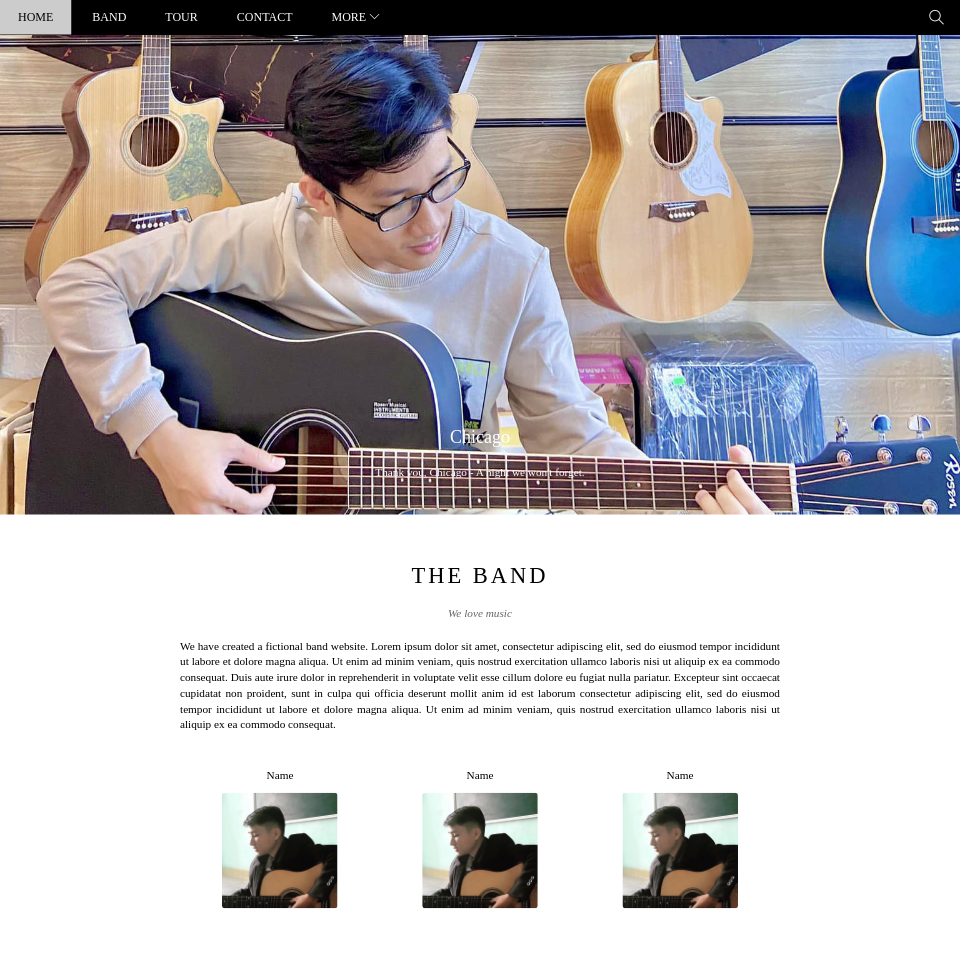
Repository: quochung2k3/Web-Team
Page: index.html
The author's editor kept a copy of each file at every save. The page is drawn from the files as they stood at one save, then again after the next save.
The browser window is 1280 px wide. The pictures show the whole page, at 75% of full size.

Above is the page before, as saved 2023-08-05 09:37:46.

### index.html
<!DOCTYPE html>
<html lang="en">
<head>
    <meta charset="UTF-8">
    <meta name="viewport" content="width=device-width, initial-scale=1.0">
    <title>Web The Band</title>
    <link rel="stylesheet" href="./assets/css/style.css">
    <link rel="stylesheet" href="./assets/fonts/themify-icons/themify-icons.css">
</head>
<body>
    <div id="wrapper">
        <div id="header">
            <ul id="nav">
                <li><a href="">Home</a></li>
                <li><a href="">Band</a></li>
                <li><a href="">Tour</a></li>
                <li><a href="">Contact</a></li>
                <li>
                    <a href="">
                        More
                        <i class="nav-arrow-down ti-angle-down"></i>
                    </a>
                    <ul class="subnav">
                        <li><a href="">Merchandise</a></li>
                        <li><a href="">Extras</a></li>
                        <li><a href="">Media</a></li>
                    </ul>
                </li>
            </ul>
            <div class="search-button">
                <i class="search-icon ti-search"></i>
            </div>
        </div>

        <div id="slider">
            <div class="text-content">
                <h2 class="text-heading">Chicago</h2>
                <div class="text-description">Thank you, Chicago - A night we won't forget.</div>
            </div>
        </div>

        <div id="content">
            <div class="content-section">
                <h2 class="section-heading">THE BAND</h2>
                <p class="section-sub-heading">We love music</p>
                <p class="about-text">
                    We have created a fictional band website. Lorem ipsum dolor sit amet, consectetur adipiscing elit, sed do eiusmod tempor incididunt ut labore et dolore magna aliqua. Ut enim ad minim veniam, quis nostrud exercitation ullamco laboris nisi ut aliquip ex ea commodo consequat. Duis aute irure dolor in reprehenderit in voluptate velit esse cillum dolore eu fugiat nulla pariatur. Excepteur sint occaecat cupidatat non proident, sunt in culpa qui officia deserunt mollit anim id est laborum consectetur adipiscing elit, sed do eiusmod tempor incididunt ut labore et dolore magna aliqua. Ut enim ad minim veniam, quis nostrud exercitation ullamco laboris nisi ut aliquip ex ea commodo consequat.

                </p>
                <div class="member-list">
                    <div class="member-items">
                        <p class="member-name">Name</p>
                        <img src="./assets/img/slider2.jpg" alt="" class="member-img">
                    </div>

                    <div class="member-items">
                        <p class="member-name">Name</p>
                        <img src="./assets/img/slider2.jpg" alt="" class="member-img">
                    </div>

                    <div class="member-items">
                        <p class="member-name">Name</p>
                        <img src="./assets/img/slider2.jpg" alt="" class="member-img">
                    </div>
                    <div class="clear"></div>
                </div>
            </div>
        </div>

        <div id="footer">

        </div>
    </div>
</body>
</html>

### assets/css/style.css
* {
    margin: 0;
    padding: 0;
    box-sizing: border-box;
}

.html {
    font-family: Arial, Helvetica, sans-serif;
}

.clear {
    clear: both;
}

#wrapper {

}

#header {
    position: fixed;
    top: 0;
    left: 0;
    right: 0;
    background-color: #000;
    height: 46px;
    z-index: 1;
}

#nav {
    display: inline-block;
}

#nav .subnav {
    list-style-type: none;
}

#nav > li {
    display: inline-block;
}

#nav li {
    position: relative;
}

#nav > li > a {
    color: #fff;
    text-transform: uppercase;
}

#nav li a {
    text-decoration: none;
    line-height: 46px;
    padding: 0 24px;
    display: block;
}

#nav li:hover .subnav {
    display: block;
}

#nav > li:hover > a,
#nav .subnav li:hover a {
    background-color: #ccc;
    color: #000;
}

#nav .subnav {
    display: none;
    min-width: 160px;
    top: 100%;
    left: 0;
    position: absolute;
    background-color: #fff;
    box-shadow: 0 0 10px rgba(0, 0, 0, 0.3);
}

#nav .subnav a {
    color: #000;
    padding: 0 12px;
    line-height: 38px;
}

#nav .nav-arrow-down {
    font-size: 14px;
}

#header .search-button {
    float: right;
    padding: 0 21px;
}

#header .search-icon {
    color: #fff;
    font-size: 20px;
    line-height: 46px;
}

#header .search-button:hover {
    background-color: #f44336;
    cursor: pointer;
}

#slider {
    margin-top: 46px;
    padding-top: 50%;
    background-image: url(../img/slider3.jpg);
    background-repeat: no-repeat;
    background-size: cover;
    background-position: top center;
    position: relative;
}

#slider .text-content {
    position: absolute;
    bottom: 47px;
    color: #fff;
    width: 100%;
    text-align: center;
}

#slider .text-heading {
    font-weight: 500;
    font-size: 24px;
}

#slider .text-description {
    font-size: 15px;
    margin-top: 25px;
}

#content {

}

#content .content-section {
    width: 800px;
    margin: 0 auto;
    padding: 64px 0;
}

#content .section-heading {
    font-size: 30px;
    font-weight: 500;
    text-align: center;
    letter-spacing: 4px;
}

#content .section-sub-heading {
    font-size: 15px;
    font-style: italic;
    text-align: center;
    margin-top: 25px;
    opacity: 0.6;
}

#content .about-text {
    font-size: 15px;
    margin-top: 25px;
    text-align: justify;
    line-height: 1.4;
}

#content .member-list {
    margin-top: 48px;
}

#content .member-items {
    float: left;
    width: calc(100%/3);
    text-align: center;
}

#content .member-name {
    font-size: 15px;
}

#content .member-img {
    margin-top: 15px;
    width: 154px;
    border-radius: 4px;
}

#footer {

}

Loaded but not shown: assets/fonts/themify-icons/themify-icons.css (common file)

After the next save:
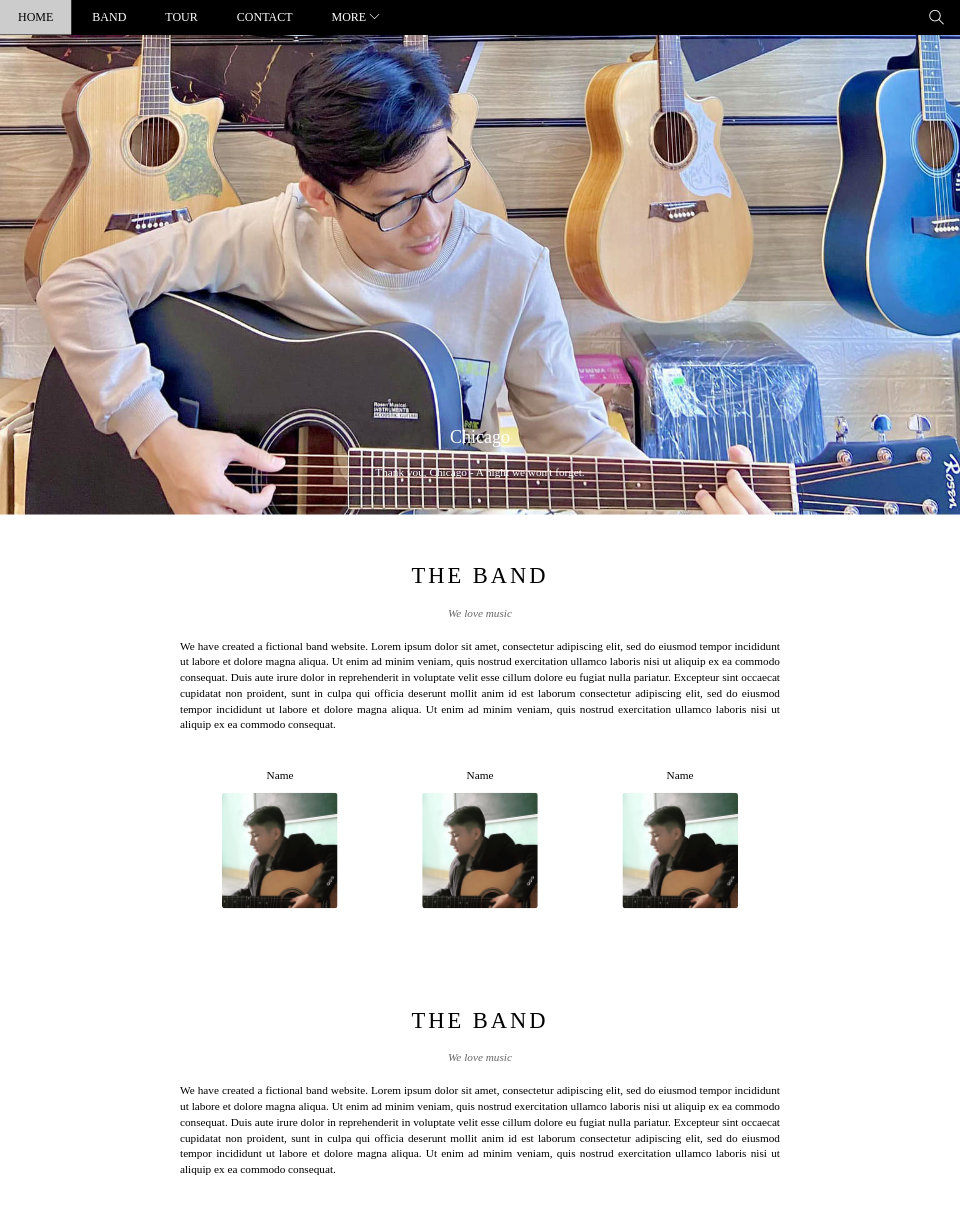
Saved 25 min 37 s later.
--- a/index.html
+++ b/index.html
@@ -65,6 +65,14 @@
                     <div class="clear"></div>
                 </div>
             </div>
+            <div class="content-section">
+                <h2 class="section-heading">THE BAND</h2>
+                <p class="section-sub-heading">We love music</p>
+                <p class="about-text">
+                    We have created a fictional band website. Lorem ipsum dolor sit amet, consectetur adipiscing elit, sed do eiusmod tempor incididunt ut labore et dolore magna aliqua. Ut enim ad minim veniam, quis nostrud exercitation ullamco laboris nisi ut aliquip ex ea commodo consequat. Duis aute irure dolor in reprehenderit in voluptate velit esse cillum dolore eu fugiat nulla pariatur. Excepteur sint occaecat cupidatat non proident, sunt in culpa qui officia deserunt mollit anim id est laborum consectetur adipiscing elit, sed do eiusmod tempor incididunt ut labore et dolore magna aliqua. Ut enim ad minim veniam, quis nostrud exercitation ullamco laboris nisi ut aliquip ex ea commodo consequat.
+
+                </p>
+            </div>
         </div>
 
         <div id="footer">
